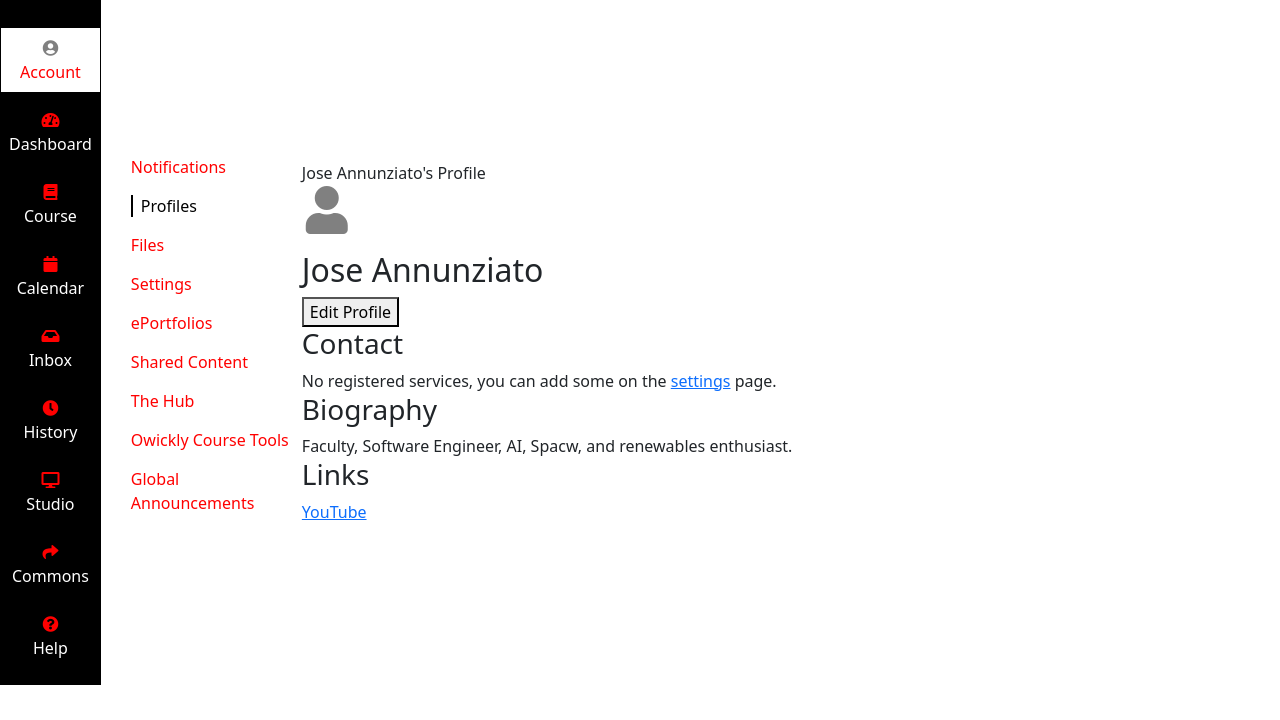
Repository: yuqiant/kanbas-react-web-app
Page: public/kanbas/profile/index.html
An editor plug-in stored every save of this project. The page is shown before and after the next save, followed by the edit.
The browser window is 1280 px wide. The pictures show the whole page.

Above is the page before, as saved 2023-10-04 02:21:05.

### public/kanbas/profile/index.html
<!DOCTYPE html>
<html lang="en">

<head>
    <meta charset="UTF-8">
    <meta name="viewport" content="width=device-width, initial-scale=1.0">
    <title>Column Interaction</title>
    <link rel="stylesheet" href="../../vendors/fontawesome/css/all.min.css">
    <link rel="stylesheet" href="../../vendors/bootstrap/css/bootstrap.min.css" />
    <link href="../firstcol.css" rel="stylesheet" />
    <link href="../secondcol.css" rel="stylesheet" />
    <link href="index.css" rel="stylesheet" />


</head>

<body>
    <table>
        <tr>
            <td id="firstColumn">
                <ul>
                    <li class="active"><i class="fa fa-user-circle fa-inverse" style="color: grey;"></i><a
                            href="accountcol.html" style="color: red;">Account</a>
                    </li>
                    <li><i class="fas fa-tachometer-alt" style="color: red;"></i><a href="#">Dashboard</a></li>
                    <li><i class="fas fa-book" style="color: red;"></i><a href="coursecol.html">Course</a></li>
                    <li><i class="fas fa-calendar" style="color: red;""></i><a href=" #">Calendar</a></li>
                    <li><i class="fas fa-inbox" style="color: red;"></i><a href="#">Inbox</a></li>
                    <li><i class="fas fa-clock" style="color: red;"></i><a href="#">History</a></li>
                    <li><i class="fas fa-desktop" style="color: red;"></i><a href="#">Studio</a></li>
                    <li><i class="fas fa-share" style="color: red;"></i><a href="#">Commons</a></li>
                    <li><i class="fas fa-question-circle" style="color: red;"></i><a href="#">Help</a></li>
                </ul>
            </td>
            <td id="secondColumn">
                <ul>
                    <li><a href="#">Notifications</a></li>
                    <li class="active"><a href="profile/index.html">Profiles</a></li>
                    <li><a href="#">Files</a></li>
                    <li><a href="#">Settings</a></li>
                    <li><a href="#">ePortfolios</a></li>
                    <li><a href="#">Shared Content</a></li>
                    <li><a href="#">The Hub</a></li>
                    <li><a href="#">Owickly Course Tools</a></li>
                    <li><a href="#">Global Announcements</a></li>

                </ul>
            </td>
            <td id="thirdColumn">
                <div>Jose Annunziato's Profile</div>
                <ul class="circle-icon"><i class="fa fa-user fa-10x" aria-hidden="true"></i></ul>


                <h2>Jose Annunziato</h2>
                <form action="edit.html" method="get">
                    <button type="edit">Edit Profile</button>
                </form>

                <h3>Contact</h3>
                <div>No registered services, you can add some on the <a href="#">settings</a> page.</div>

                <h3>Biography</h3>
                <div>Faculty, Software Engineer, AI, Spacw, and renewables enthusiast.</div>

                <h3>Links</h3>
                <div><a href="#">YouTube</a></div>

            </td>

        </tr>
    </table>

</body>

</html>

### public/kanbas/firstcol.css
.active {
    background-color: white;
    color: red;
}





#firstColumn {
    width: 80px;
    /* Adjust sidebar width as needed (between 75 and 85 pixels) */
    background-color: black;
    color: white;
    text-align: center;
    padding-top: 20px;
    /* Adjust top padding as needed */
}

/* Sidebar links styling */
#firstColumn ul {
    list-style-type: none;
    padding: 0;
}

#firstColumn li {
    margin: 8px 0;
    /* Adjust margin between links as needed (between 5 and 10 pixels) */
    padding: 8px;
    /* Adjust padding around links as needed (between 5 and 10 pixels) */
}



#firstColumn a {
    color: white;
    text-decoration: none;
    display: block;
}

/* Styling for active link */

### public/kanbas/secondcol.css
#secondColumn {
    width: 200px;
    /* background-color: #f5f5f5; */
    /* Background color for the sidebar */
    padding: 10px;
    border-left: 25px
}




#secondColumn a {
    color: red;
    /* 设置链接文本颜色为红色 */
    text-decoration: none;
    /* 去掉超链接下划线 */

}


ul {
    list-style: none;
    padding: 0;
}

#secondColumn li {
    margin-bottom: 15px;
    padding-left: 20px;
}

#secondColumn li.active a {
    color: black;
    padding-left: 8px;

    /* 最小间距 */
    /* padding-right: 10px; */

    /* 最大间距 */
    border-left: 2px solid black;
}

### public/kanbas/profile/index.css
.circle-icon {
    display: flex;
    justify-content: center;
    align-items: center;
    width: 50px;
    /* Adjust the circle size as needed */
    height: 50px;
    /* Adjust the circle size as needed */
    /* background-color: gray; */
    /* Set the background color to gray */
    border-radius: 50%;
    /* Create a circle using border-radius */
}

.circle-icon i {
    color: grey;
    /* Set the icon color to white */
    font-size: 48px;
    /* Adjust the icon size as needed */
}

Loaded but not shown: public/vendors/fontawesome/css/all.min.css (library); public/vendors/bootstrap/css/bootstrap.min.css (library)

After the next save:
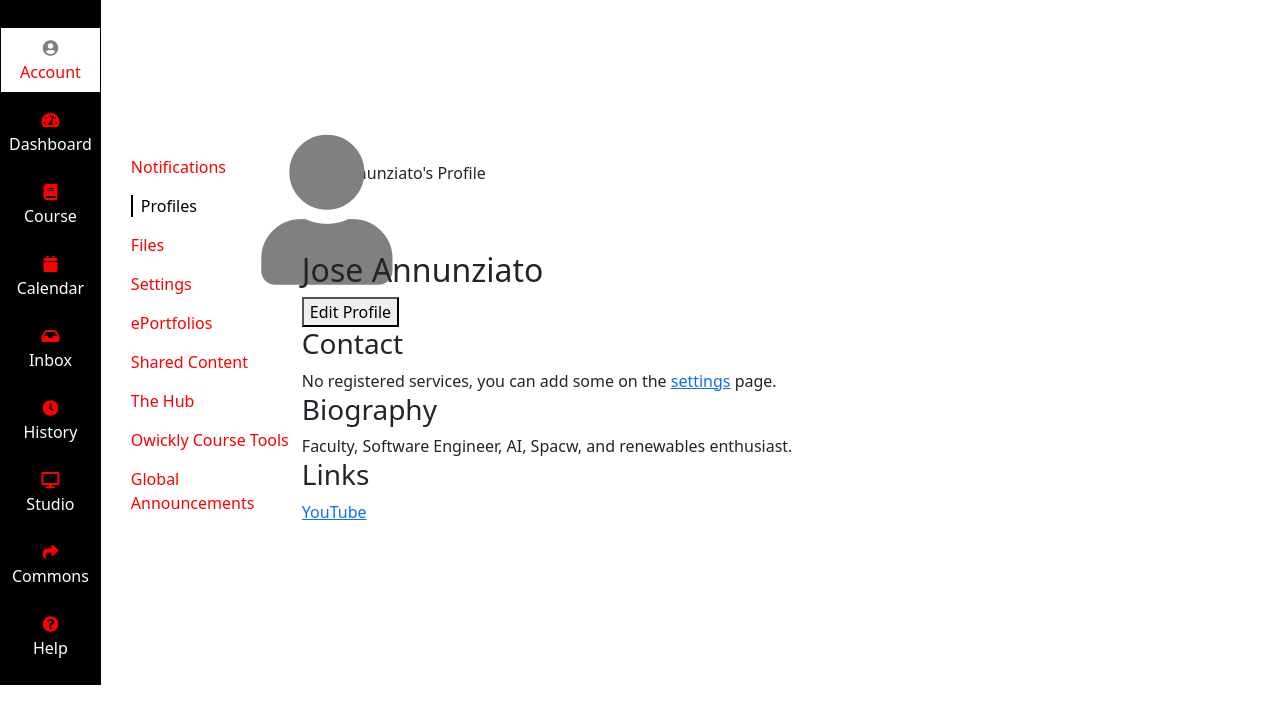
Saved 8 s later.
--- a/public/kanbas/profile/index.css
+++ b/public/kanbas/profile/index.css
@@ -15,6 +15,6 @@
 .circle-icon i {
     color: grey;
     /* Set the icon color to white */
-    font-size: 48px;
+    font-size: 150px;
     /* Adjust the icon size as needed */
 }
